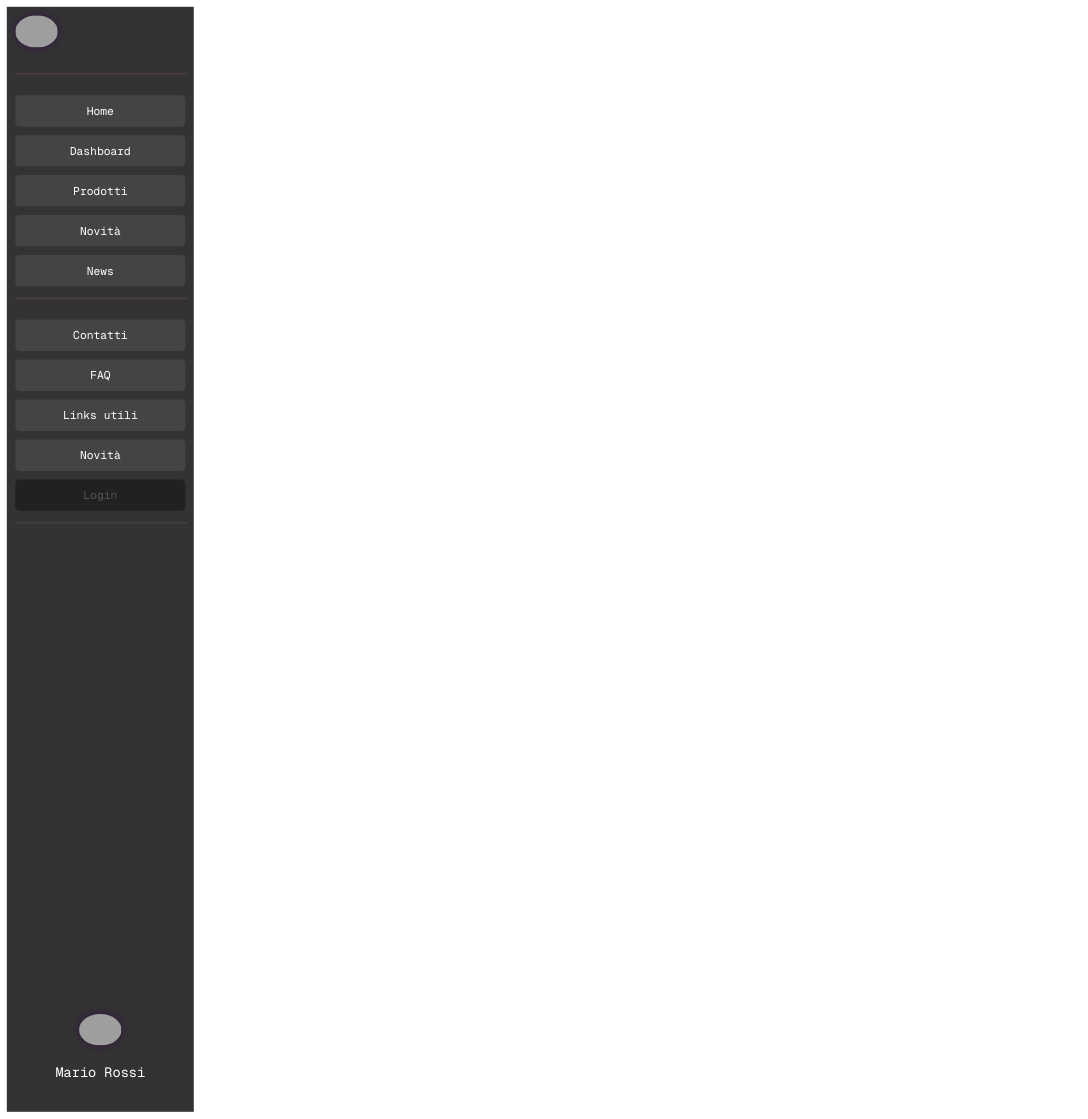
Repository: CryptoFamilyNFT/develhope
Page: css/flexbox/flexbox.html
These files come from the project's save history. The page is drawn as it stood at one moment and after a run of saves; the edit follows.
The browser window is 1280 px wide. The pictures show the whole page, at 85% of full size.
Pictures or frames that could not be fetched are drawn as grey boxes.

Above is the page before, as saved 2024-11-14 12:10:28.

After the next 2 saves:
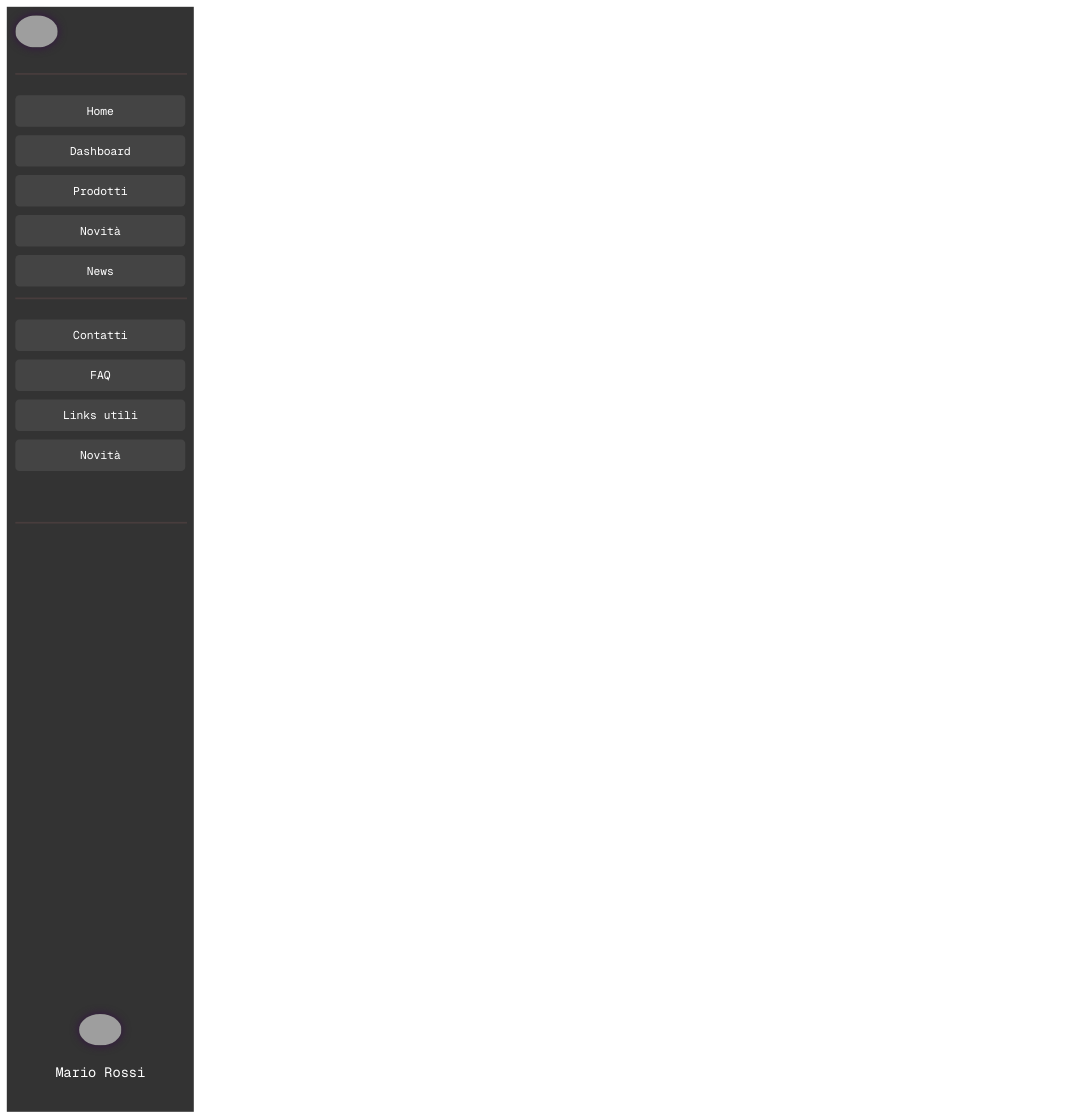
The 2 saves are shown as one change because they came seconds apart.
The last was saved 44 s later.
--- a/css/flexbox/flexbox.html
+++ b/css/flexbox/flexbox.html
@@ -38,7 +38,6 @@
                     <li class="nav-item"><button class="button-link">FAQ</button></li>
                     <li class="nav-item"><button class="button-link">Links utili</button></li>
                     <li class="nav-item"><button class="button-link">Novità</button></li>
-                    <li class="nav-item"><button disabled class="button-link">Login</button></li>
                 </ul>
             </div>
             <hr />

After the save that followed:
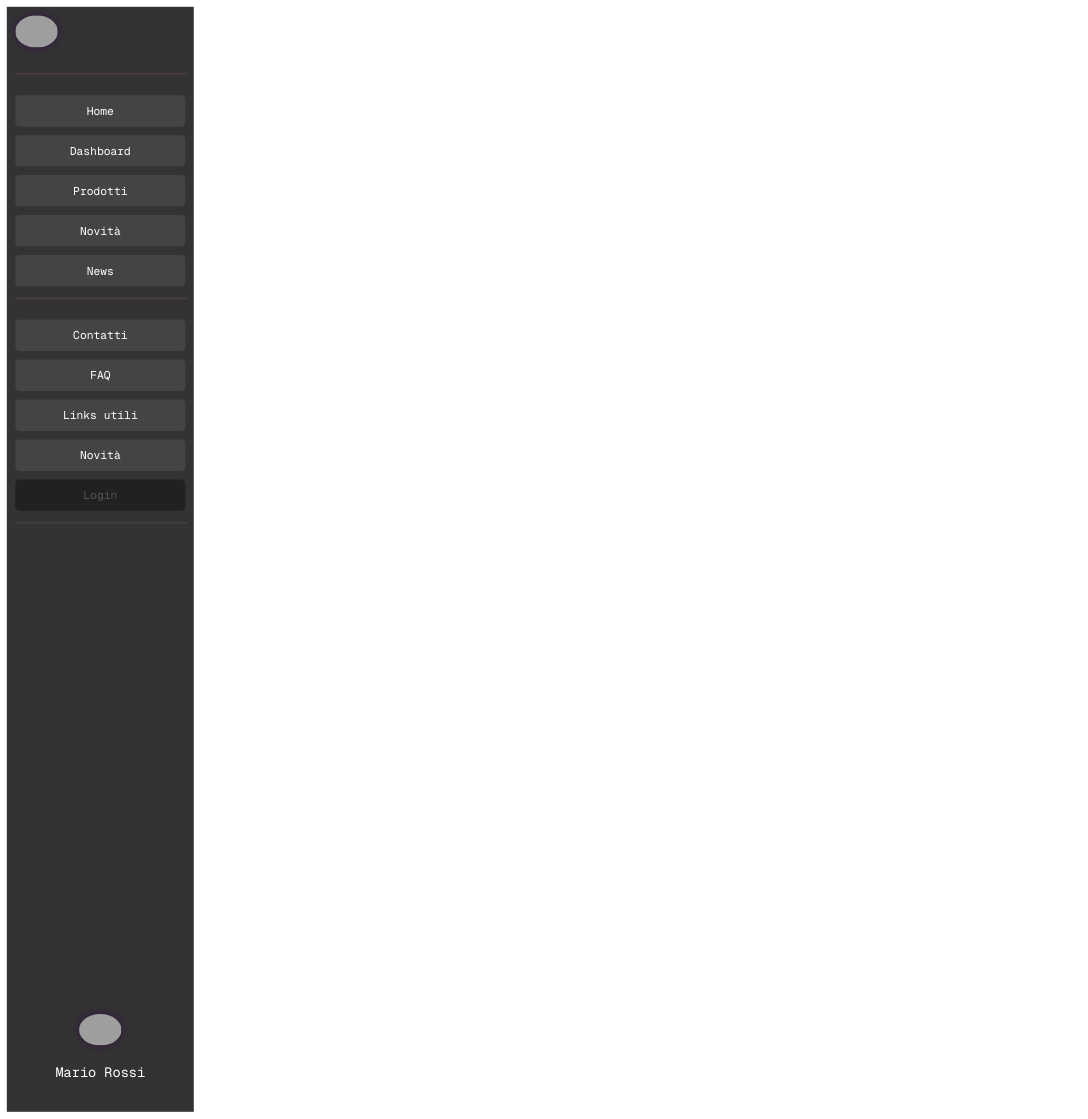
Saved 6 s later.
--- a/css/flexbox/flexbox.html
+++ b/css/flexbox/flexbox.html
@@ -38,6 +38,7 @@
                     <li class="nav-item"><button class="button-link">FAQ</button></li>
                     <li class="nav-item"><button class="button-link">Links utili</button></li>
                     <li class="nav-item"><button class="button-link">Novità</button></li>
+                    <li class="nav-item"><button disabled class="button-link">Login</button></li>
                 </ul>
             </div>
             <hr />
